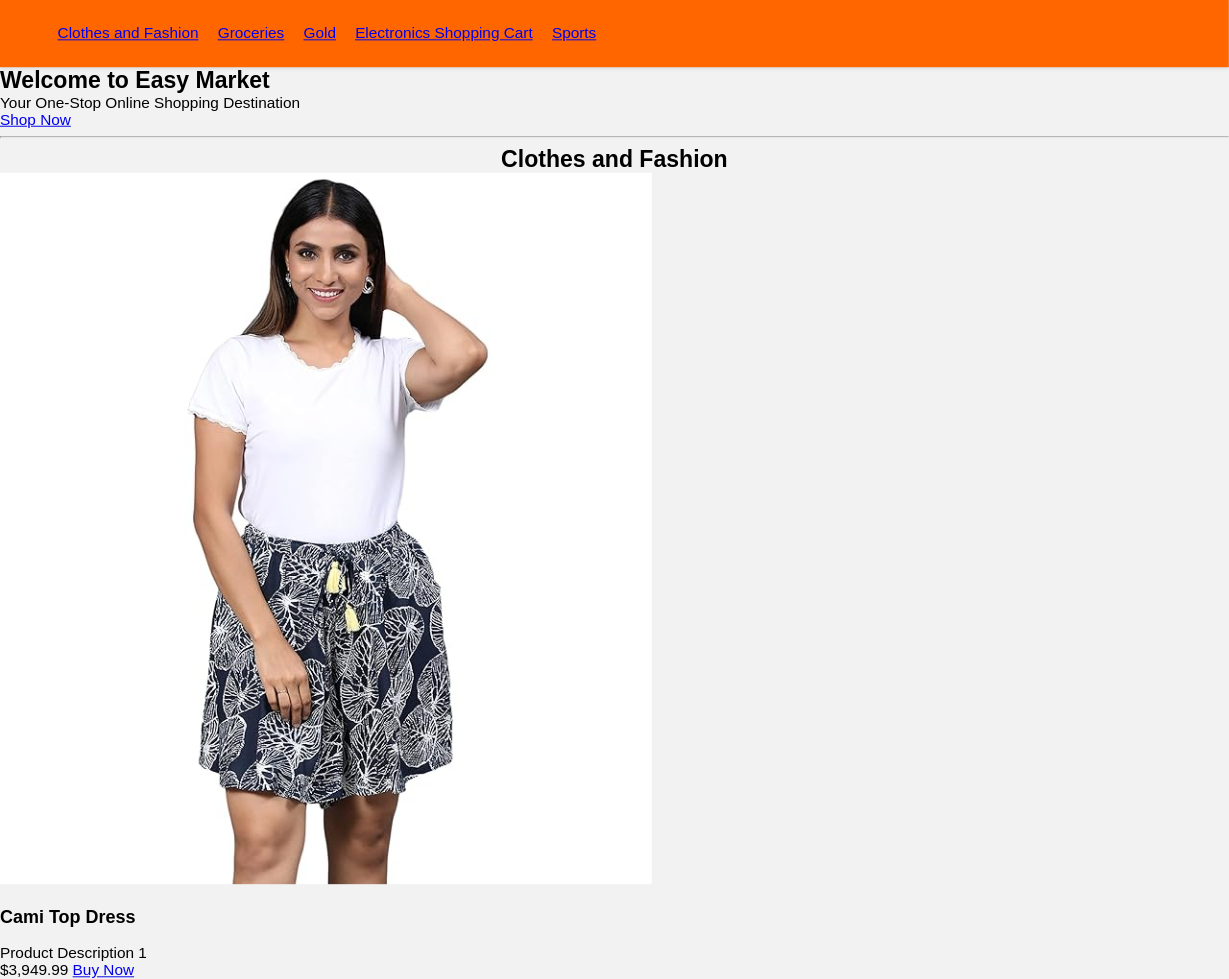
Repository: Maheshbabur789/BookStore
Page: http://localhost/OnlineMarketing/ownWeb.jsp
The author's editor kept a copy of each file at every save. The page is drawn from the files as they stood at one save, then again after the next save.
The browser window is 1280 px wide. The pictures show the whole page, at 96% of full size.
The page is served by Tomcat 9. Other server files are loaded and not shown.

Above is the page before, as saved 2024-11-07 12:26:08.

### MyLabs/OnlineMarketing/src/main/webapp/ownWeb.jsp
<%@ page language="java" contentType="text/html; charset=UTF-8"
    pageEncoding="UTF-8"%>
<!DOCTYPE html>
<html>
<head>
<meta charset="UTF-8">
<title>Easy Market - Online Shopping</title>
<style>
body, h1, h2, p {
    margin: 0;
    padding: 0;
}
body {
    background-color: #f2f2f2;
    font-family: Arial, sans-serif;
}
    header {
    background-color: #ff6600; /* Change this color to your desired header background color */
    box-shadow: 0 2px 4px rgba(0, 0, 0, 0.1);

    nav {
    display: flex;
    justify-content: space-between;
    align-items: center;
    padding: 10px 20px;
}
nav ul {

    list-style: none;
    display: flex;
}
nav li {
    margin-right: 20px;
}
.hero {
    background-color: #fff;
    padding: 40px;
    text-align: center;
}
.hero h1 {
    font-size: 36px;
    margin-bottom: 10px;
}

.hero p {
    font-size: 18px;
    color: #777;
    margin-bottom: 20px;
}
.cta-button {
    display: inline-block;
    padding: 10px 20px;
    background-color: #ff6600;
    color: #fff;
    text-decoration: none;
    font-weight: bold;
    border-radius: 4px;
}

}
</style>
</head>
<body>
 <header>
        <nav>
            <ul>
                <li><a href="#products">Clothes and Fashion</a></li>
                <li><a href="#categories">Groceries</a></li>
                <li><a href="#deals">Gold</a></li>
                <li><a href="#cart">Electronics Shopping Cart</a></li>
                <li><a href="#cart">Sports</a></li>
            </ul>
        </nav>
    </header>
      <section class="hero">
        <div class="hero-content">
            <h1>Welcome to Easy Market</h1>
            <p>Your One-Stop Online Shopping Destination</p>
            <a href="#products" class="cta-button">Shop Now</a>
        </div>

    </section>
    <hr>
    <h2 style="text-align: center;">Clothes and Fashion</h2>
    <div class="product-container">
    <section id="products" class="products" style="display: flex;">

    <div class="product-card highlights">
			    <img src="Cami-Top.jpg" alt="Product 1">
			    <h3>Cami Top Dress</h3>
			    <p>Product Description 1</p>
			    <span class="price">$3,949.99</span>
			    <a href="/images/Cami-Top.jpg" alt="Sample Image" width="100" height="200" class="add-to-cart">Buy Now</a>
			</div>
</body>
</html>

After the next save:
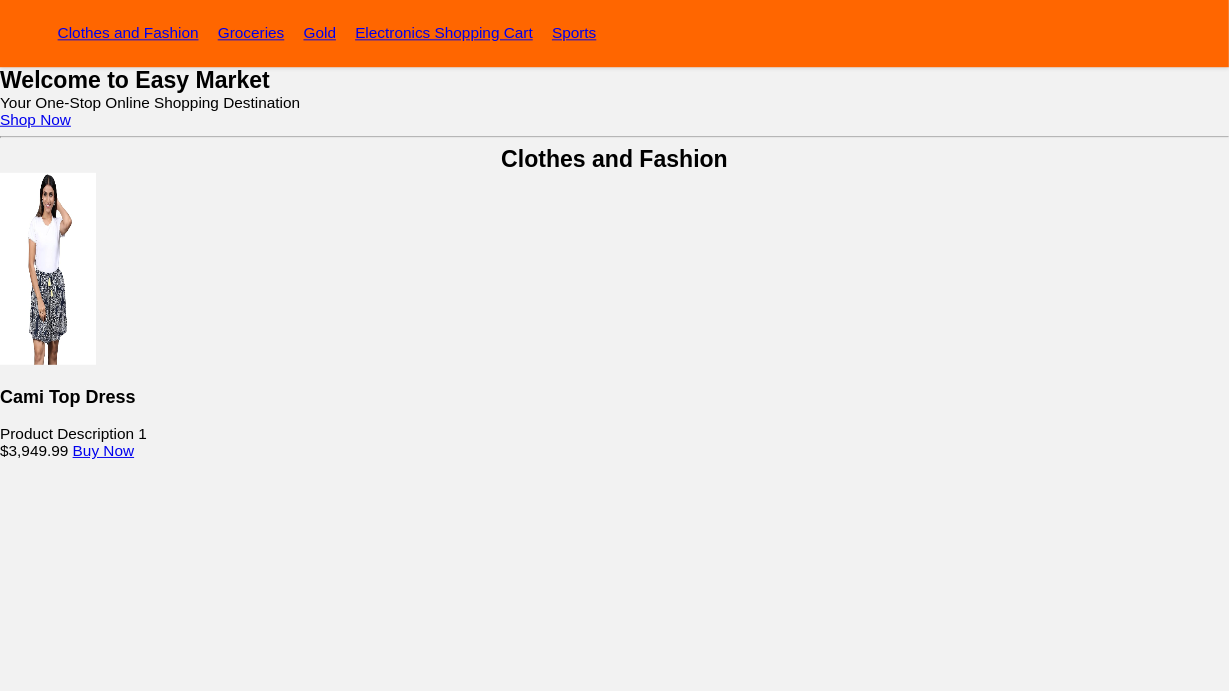
Saved 41 s later.
--- a/MyLabs/OnlineMarketing/src/main/webapp/ownWeb.jsp
+++ b/MyLabs/OnlineMarketing/src/main/webapp/ownWeb.jsp
@@ -86,7 +86,7 @@
     <section id="products" class="products" style="display: flex;">
 
     <div class="product-card highlights">
-			    <img src="Cami-Top.jpg" alt="Product 1">
+			    <img src="Cami-Top.jpg" alt="Sample Image" width="100" height="200">
 			    <h3>Cami Top Dress</h3>
 			    <p>Product Description 1</p>
 			    <span class="price">$3,949.99</span>
